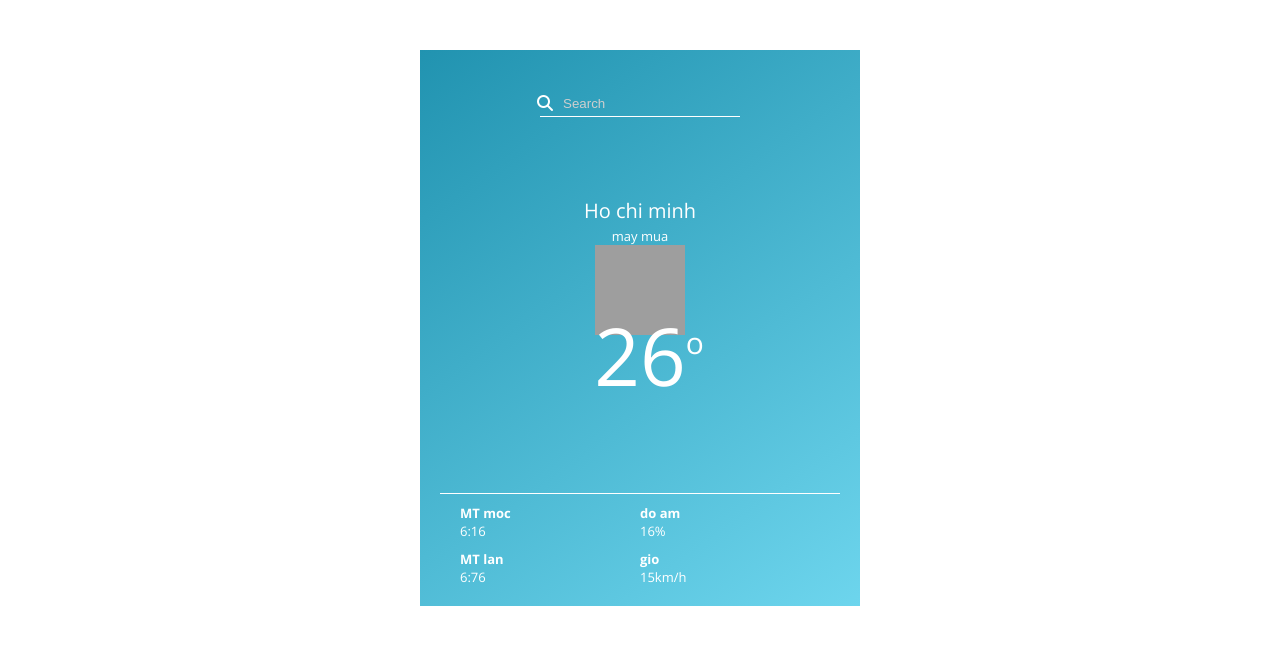
Repository: tienbkvn0605/weatherApp
Page: index.html
An editor plug-in stored every save of this project. The page is shown before and after the next save, followed by the edit.
The browser window is 1280 px wide. The pictures show the whole page.
Pictures or frames that could not be fetched are drawn as grey boxes.

Above is the page before, as saved 2022-10-07 18:26:50.

After the next save:
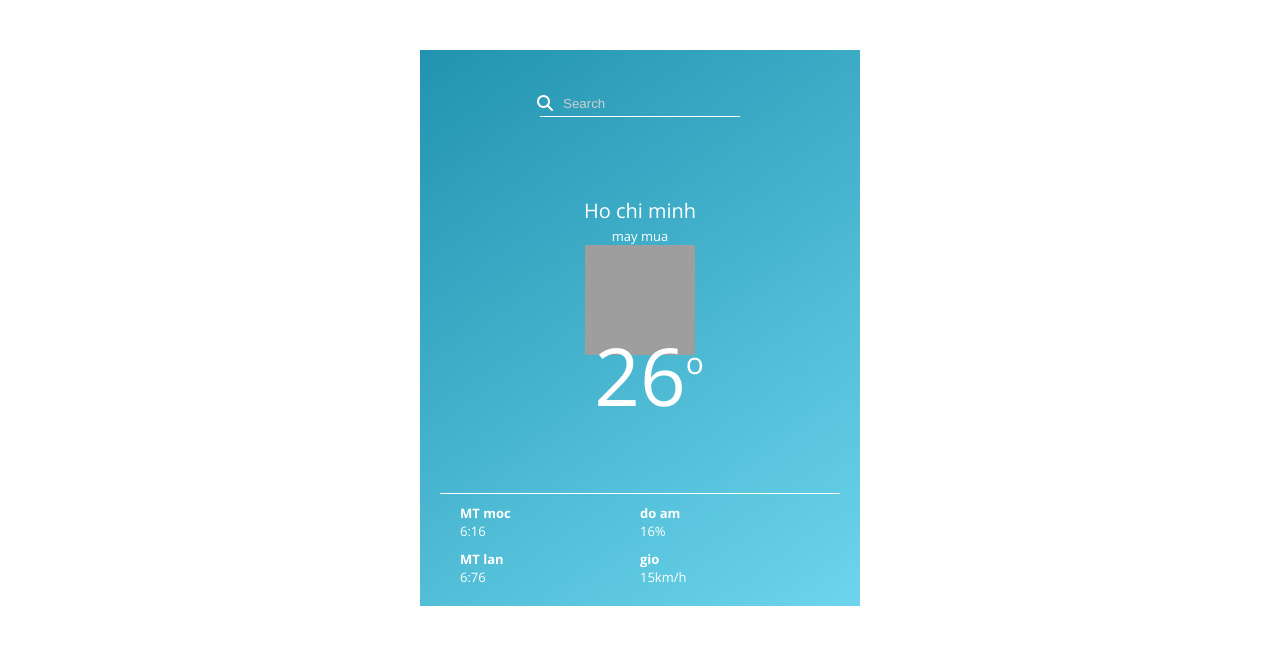
Saved 17 s later.
--- a/appstyle.css
+++ b/appstyle.css
@@ -54,8 +54,8 @@ body {
   font-size: 13px;
 }
 .weather-icon {
-  width: 90px;
-  height: 90px;
+  width: 110px;
+  height: 110px;
 }
 .temperature {
   font-size: 80px;
